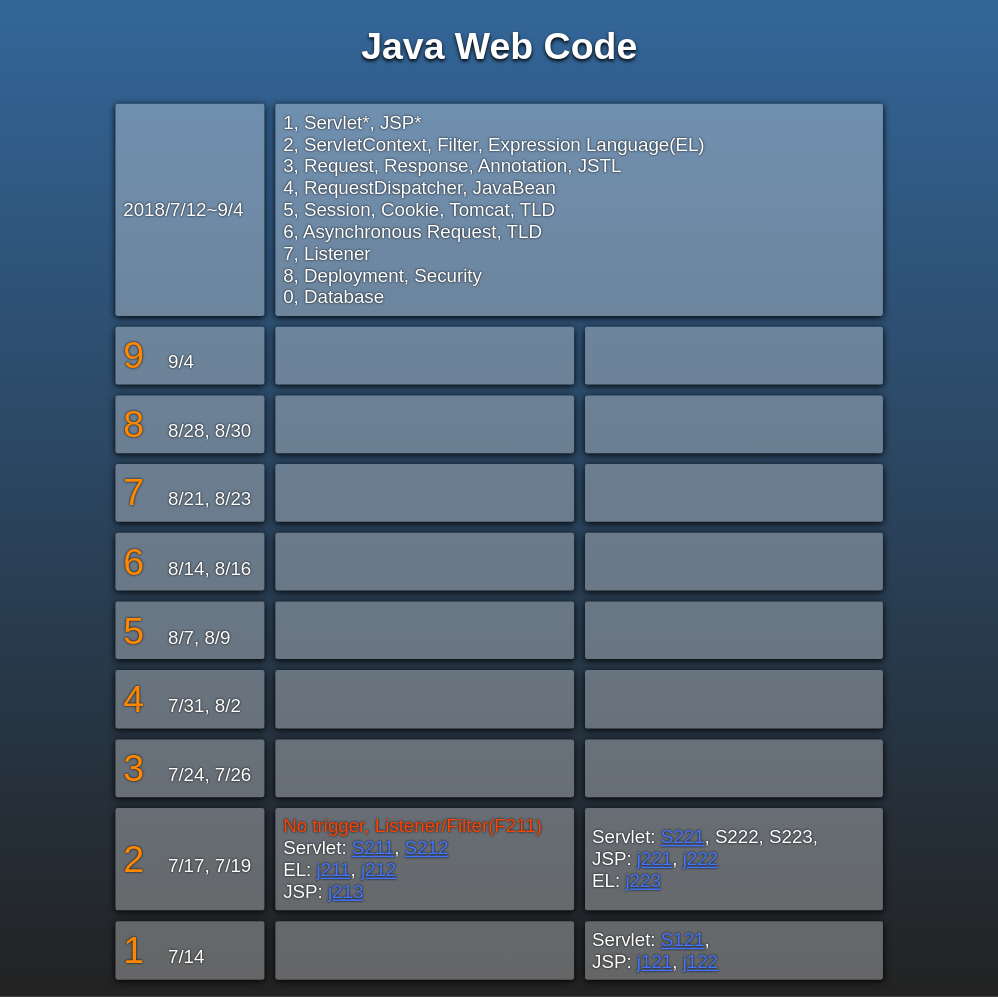
Repository: anxhuang/Java_Web
Page: http://localhost/code/
These files come from the project's save history. The page is drawn as it stood at one moment and after the next save; the edit follows.
The browser window is 1280 px wide. The pictures show the whole page, at 78% of full size.
The page is served by Tomcat 9.

Above is the page before, as saved 2018-07-24 10:21:32.

After the next save:
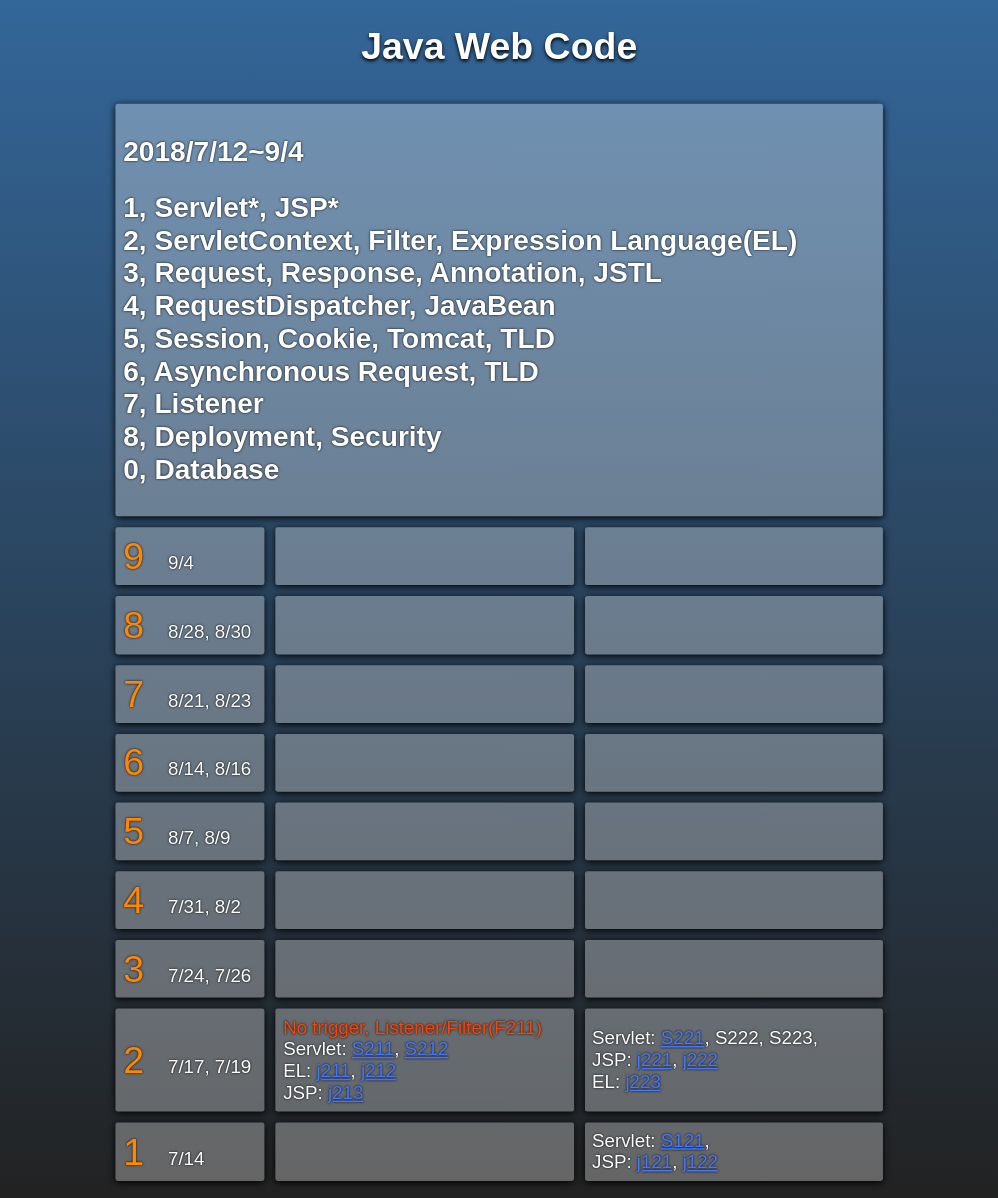
Saved 80 s later.
--- a/code/WebContent/index.html
+++ b/code/WebContent/index.html
@@ -54,8 +54,8 @@
 	<table>
 		<tbody>
 			<tr>
-				<td>2018/7/12~9/4</td>
-				<td colspan="2">
+				<td colspan="3">
+					<h2>2018/7/12~9/4<h2>
 					1, Servlet*, JSP*<br>
 					2, ServletContext, Filter, Expression Language(EL)<br>
 					3, Request, Response, Annotation, JSTL<br>
